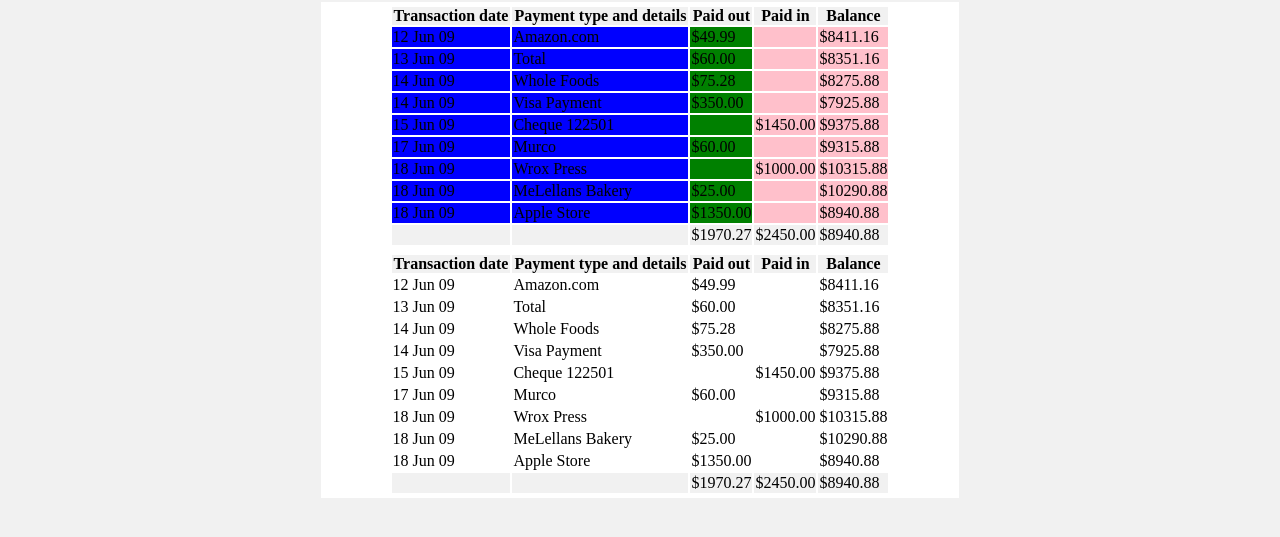
Repository: watermelonfee/HTCNWEB
Page: CSS/Tuan03/Bai3/Bai3.html
The author's editor kept a copy of each file at every save. The page is drawn from the files as they stood at one save, then again after the next save.
The browser window is 1280 px wide. The pictures show the whole page.

Above is the page before, as saved 2023-03-13 23:15:15.

After the next save:
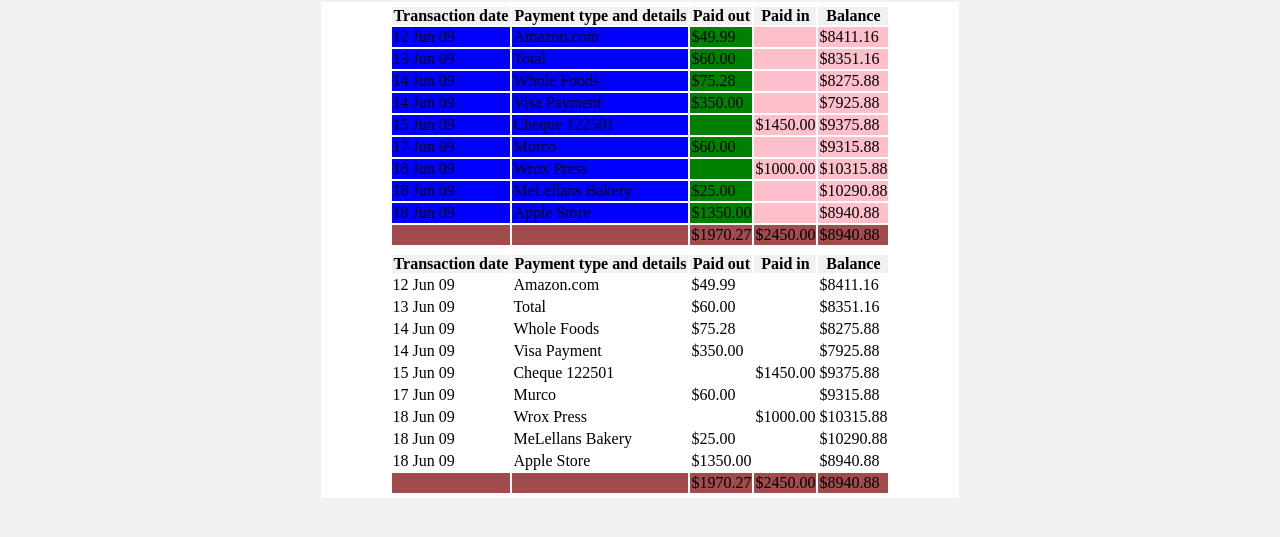
Saved 9 min 52 s later.
--- a/CSS/Tuan03/Bai3/bai3.css
+++ b/CSS/Tuan03/Bai3/bai3.css
@@ -36,7 +36,7 @@
 }
 
 .tab__tr--background {
-    background-color: #f1f1f1;
+    background-color: #a04c4c;
 }
 
 .container-2__tab__colGr__col--background {

After the save that followed:
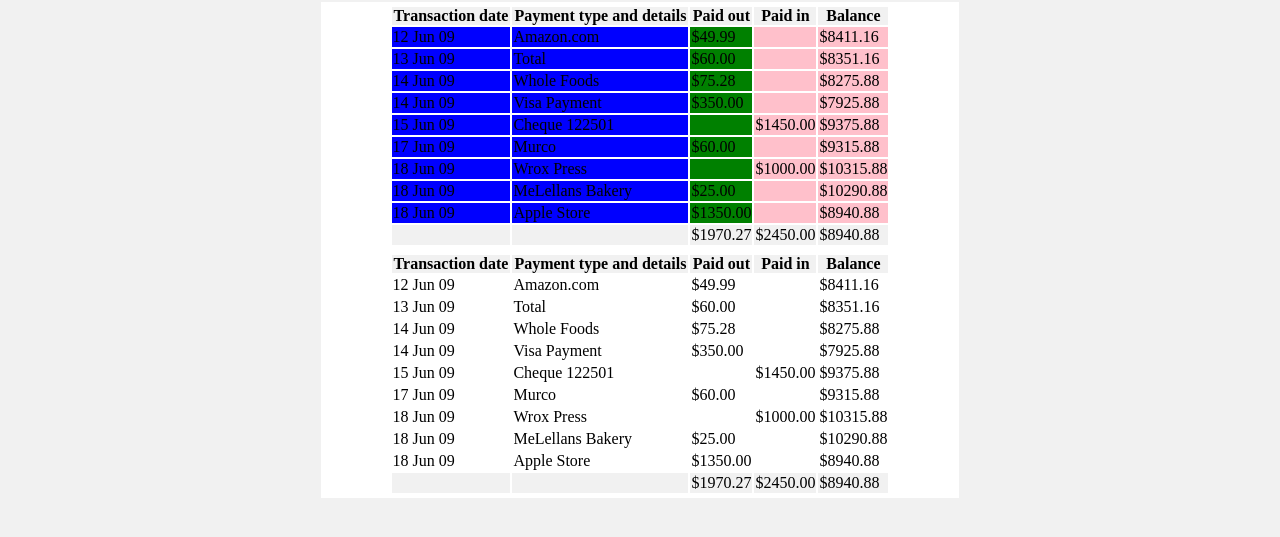
Saved 27 s later.
--- a/CSS/Tuan03/Bai3/bai3.css
+++ b/CSS/Tuan03/Bai3/bai3.css
@@ -36,7 +36,7 @@
 }
 
 .tab__tr--background {
-    background-color: #a04c4c;
+    background-color: #f1f1f1;
 }
 
 .container-2__tab__colGr__col--background {
